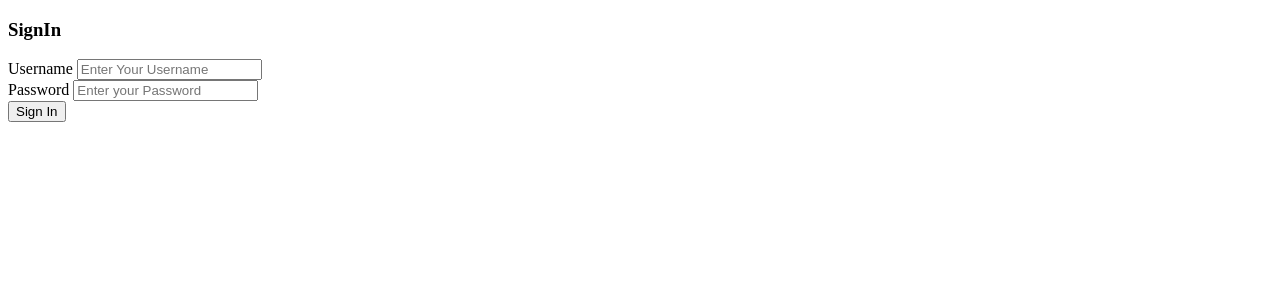
Repository: DHYEY3559/CVM-Project
Page: http://localhost/signin
An editor plug-in stored every save of this project. The page is shown before and after the next save, followed by the edit.
The browser window is 1280 px wide. The pictures show the whole page.
The page is served by the project's application, run on Django 5.2 (manage.py). Other server files are loaded and not shown.

Above is the page before, as saved 2024-06-25 13:46:41.

### Login website/templates/auth/signin.html
<!DOCTYPE html>
<!--[if lt IE 7]>      <html class="no-js lt-ie9 lt-ie8 lt-ie7"> <![endif]-->
<!--[if IE 7]>         <html class="no-js lt-ie9 lt-ie8"> <![endif]-->
<!--[if IE 8]>         <html class="no-js lt-ie9"> <![endif]-->
<!--[if gt IE 8]>      <html class="no-js"> <!--<![endif]-->
<html>
    <head>
        <meta charset="utf-8">
        <meta http-equiv="X-UA-Compatible" content="IE=edge">
        <title>Auth</title>
        <meta name="description" content="">
        <meta name="viewport" content="width=device-width, initial-scale=1">
        <link rel="stylesheets" href="">
    </head>
    <body>
        <h3>SignIn</h3>
        <form action="/signin" method="post">
            {% csrf_token %}
            <label for="">Username</label>
            <input type="text" id="username" name="username" placeholder="Enter Your Username" required>
            <br>
            <label for="">Password</label>
            <input type="password" id="pass1" name="pass1" placeholder="Enter your Password" required>
            <br>
            <button type="submit">Sign In</button>
        </form>

        <script src="" async defer></script>
    </body>
</html>

### Login website/auth/views.py
from django.shortcuts import redirect, render
from django.http import HttpResponse
from django.contrib.auth.models import User
from django.contrib import messages
from django.contrib.auth import authenticate,login,logout
# Create your views here.
def home(request):
    return render(request, "auth/index.html")
def signup(request):

    if request.method == "POST":
        username = request.POST['username']
        fname = request.POST['fname']
        lname = request.POST['lname']
        email = request.POST['email']
        pass1 = request.POST['pass1']
        pass2 = request.POST['pass2']

        myuser = User.objects.create_user(username ,email, pass1)
        myuser.first_name= fname
        myuser.last_name= lname

        myuser.save()

        messages.success(request ,"Your Account As Been Created Successfully")

        return redirect('signin')
    return render(request, "auth/signup.html")



def signin(request):
    if request.method == 'POST':
        username = request.POST['username']
        pass1 = request.POST['pass1']

        user = authenticate(username=username, password=pass1)

        if user is not None:
            login(request, user)
            fname = user.first_name
            return render(request, "auth/index.html", {'fname': fname})

        else:
            messages.error(request, "Bad credentials!")
            return redirect('home')
    return render(request, "auth/signin.html")


def signout(request):
    logout(request)
    messages.success(request, "logged out succesfully")
    return redirect('home')

### Login website/Dhyey/urls.py
"""
URL configuration for Dhyey project.

The `urlpatterns` list routes URLs to views. For more information please see:
    https://docs.djangoproject.com/en/5.0/topics/http/urls/
Examples:
Function views
    1. Add an import:  from my_app import views
    2. Add a URL to urlpatterns:  path('', views.home, name='home')
Class-based views
    1. Add an import:  from other_app.views import Home
    2. Add a URL to urlpatterns:  path('', Home.as_view(), name='home')
Including another URLconf
    1. Import the include() function: from django.urls import include, path
    2. Add a URL to urlpatterns:  path('blog/', include('blog.urls'))
"""
from django.contrib import admin
from django.urls import path,include

urlpatterns = [
    path('admin/', admin.site.urls),
    path('',include('auth.urls')),
]

### Login website/auth/urls.py
from django.contrib import admin
from django.urls import path,include
from . import views

urlpatterns = [
    path('', views.home ,name="home"),
    path('signup',views.signup, name="signup"),
    path('signin',views.signin, name="signin"),
    path('signout',views.signout, name="signout"),
]

After the next save:
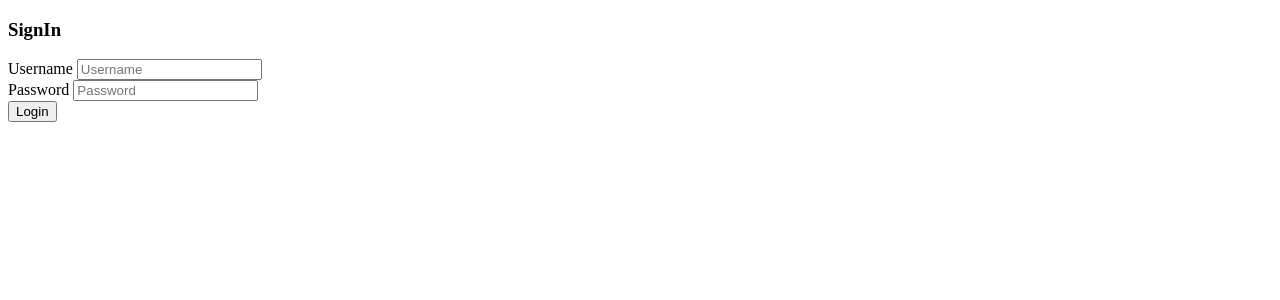
Saved 24 min 8 s later.
--- a/Login website/templates/auth/signin.html
+++ b/Login website/templates/auth/signin.html
@@ -16,13 +16,17 @@
         <h3>SignIn</h3>
         <form action="/signin" method="post">
             {% csrf_token %}
-            <label for="">Username</label>
-            <input type="text" id="username" name="username" placeholder="Enter Your Username" required>
-            <br>
-            <label for="">Password</label>
-            <input type="password" id="pass1" name="pass1" placeholder="Enter your Password" required>
-            <br>
-            <button type="submit">Sign In</button>
+            <div class="loginInputsContainer">
+                <label for="">Username</label>
+                <input name="username" placeholder="Username" type="text" />
+            </div>
+            <div class="loginInputsContainer">
+                <label for="">Password</label>
+                <input name="password" placeholder="Password" type="Password" />
+            </div>
+            <div class="loginButtonContainer">
+                 <button>Login</button>
+            </div>
         </form>
 
         <script src="" async defer></script>
